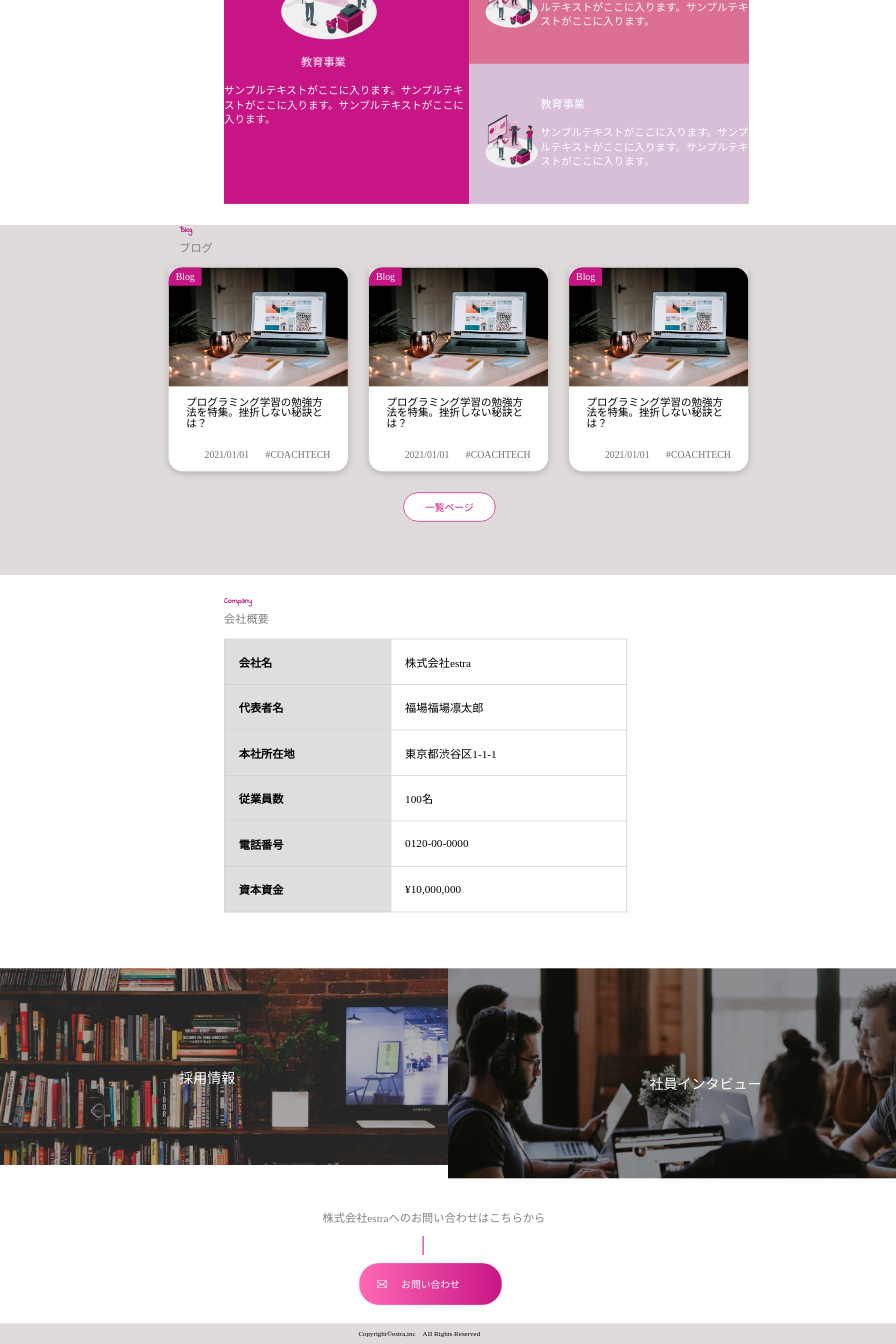
Repository: sigemasaasuka/20210902
Page: index.html
The author's editor kept a copy of each file at every save. The page is drawn from the files as they stood at one save, then again after a run of saves.
The browser window is 1280 px wide. The pictures show the part of the page from y = 1396 to 3316 px (the page is 3316 px tall before and 3297 px after), at 70% of full size.

Above is the page before, as saved 2021-10-05 18:22:34.

After the next 2 saves:
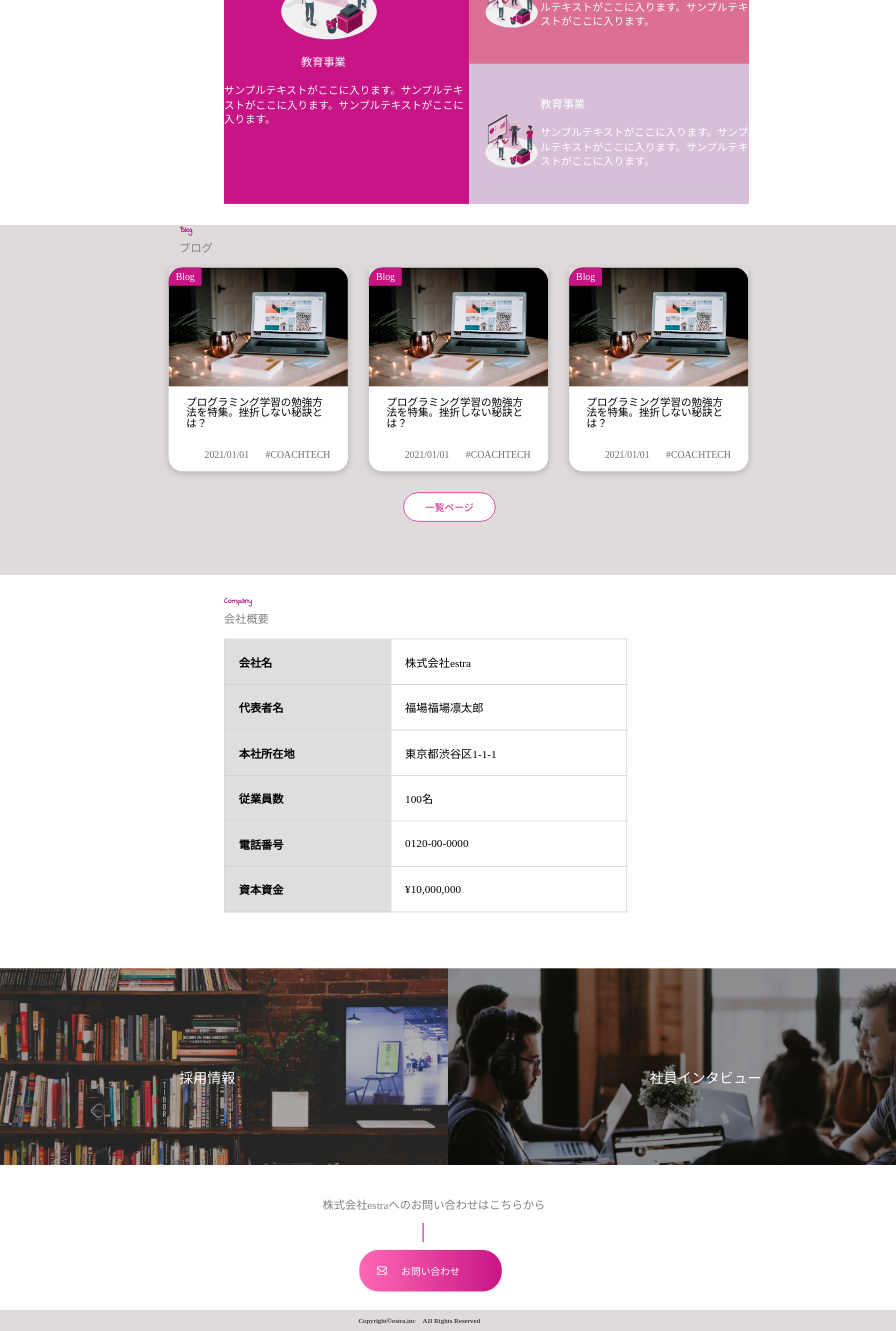
The 2 saves are shown as one change because they came seconds apart.
The last was saved 25 s later.
--- a/css/style.css
+++ b/css/style.css
@@ -404,7 +404,9 @@ table th {
 .interview {
   position: relative;
   width: 100%;
-  height: 300px;
+  height: 0;
+  padding-top: calc(300 / 683 * 100%); /* calc(画像高さ ÷ 画像横幅 × 100%) */
+  background: url(../img/img/recruit.png) center center / cover no-repeat;
   background: url(../img/img/interview.png) no-repeat;
   margin-top: 30px;
 }
